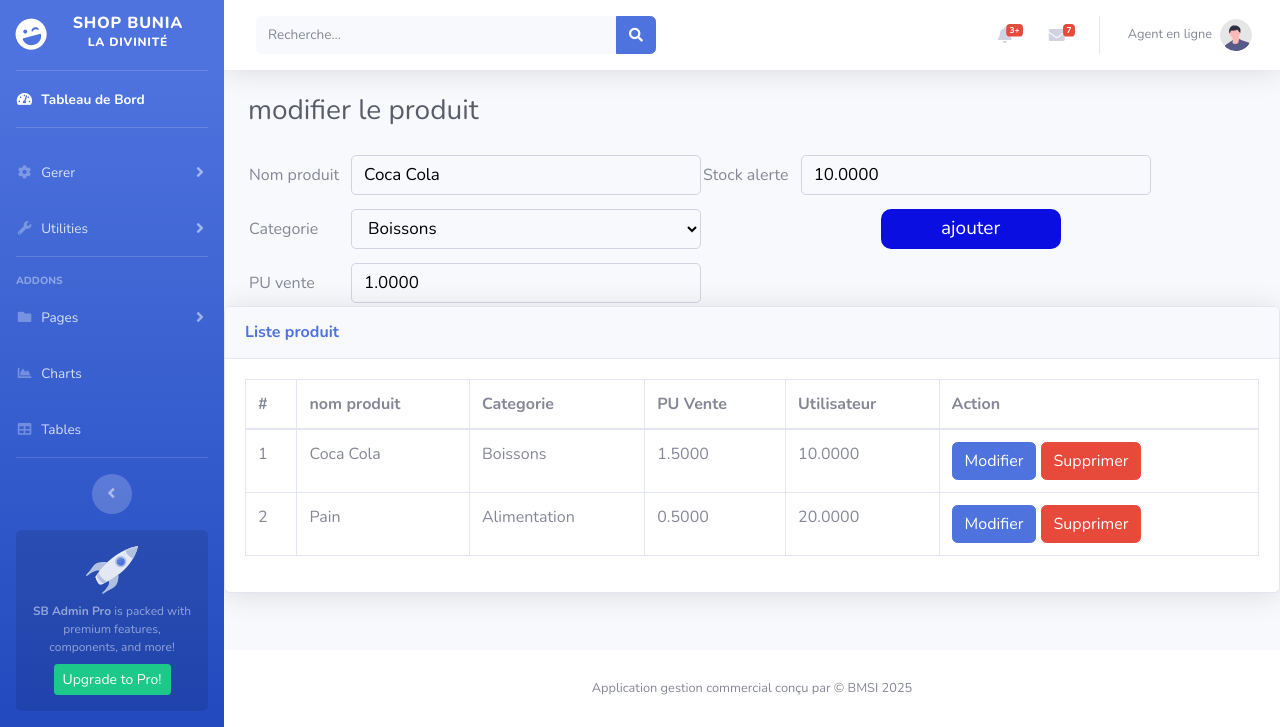
Repository: gradi243/gestion_boutique
Page: http://localhost/produit.php?modifier=1
These files come from the project's save history. The page is drawn as it stood at one moment and after a run of saves; the edit follows.
The browser window is 1280 px wide. The pictures show the whole page.
The page is run by PHP 8.4 with error messages shown; the project is at /var/www/html/. The database holds what the project's SQL file puts in it.

Above is the page before, as saved 2025-10-24 13:50:16.
Console error: TypeError: Cannot read properties of null (reading 'length')

After the next 4 saves:
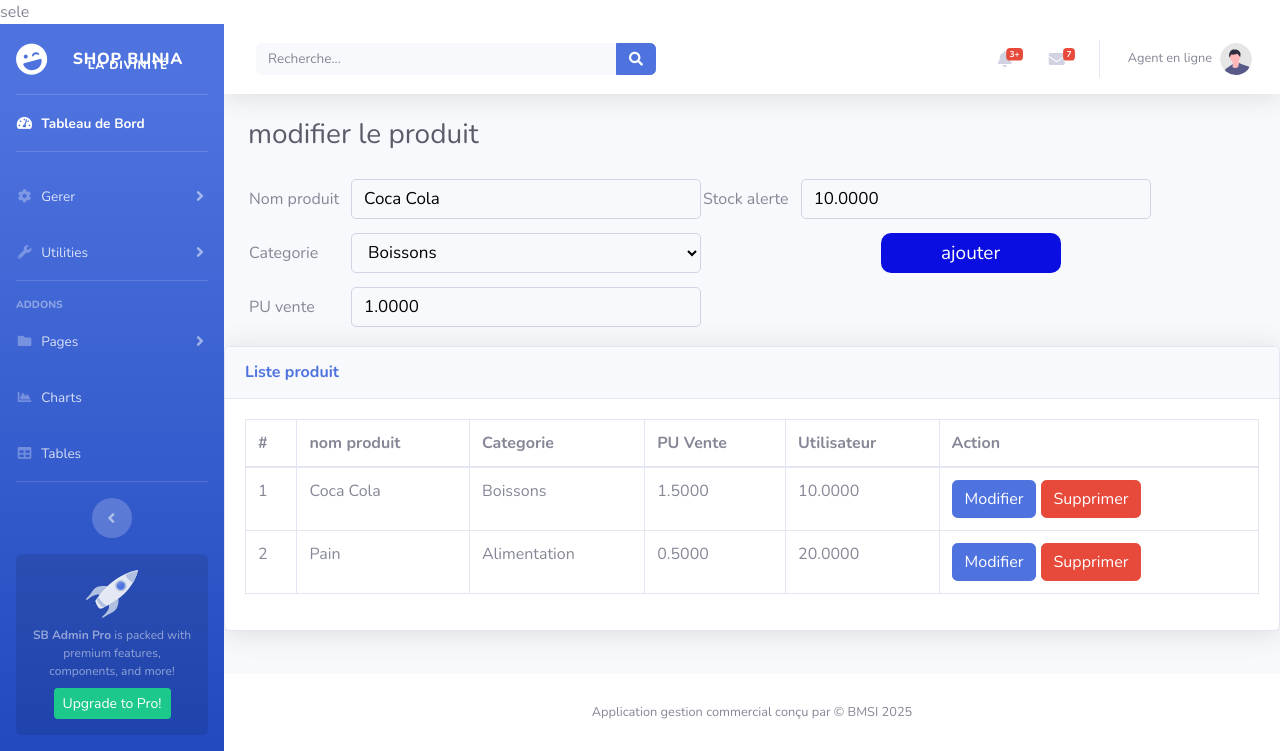
The 4 saves are shown as one change because they came seconds apart.
The last was saved 37 s later.
--- a/produit.php
+++ b/produit.php
@@ -1,3 +1,5 @@
+sele
+
 <!DOCTYPE html>
 <html lang="en">
     <?php

After the 2 saves that followed:
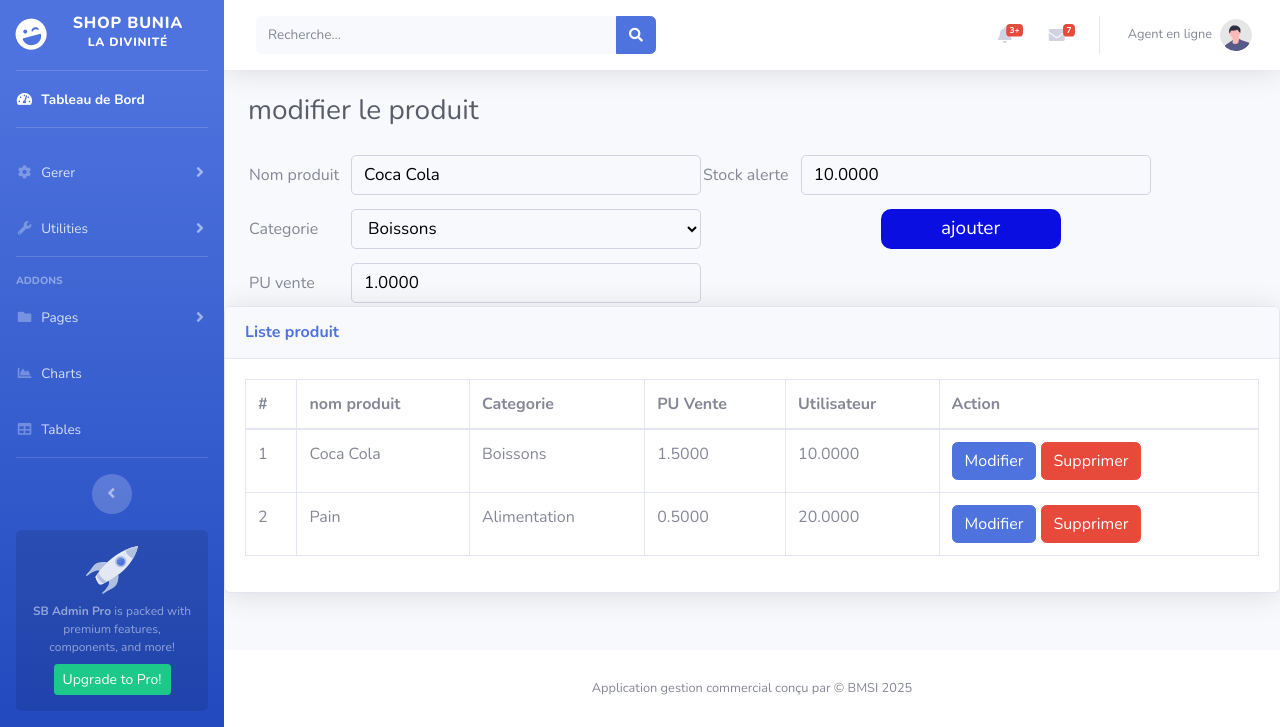
The 2 saves are shown as one change because they came seconds apart.
The last was saved 7 s later.
--- a/produit.php
+++ b/produit.php
@@ -1,4 +1,4 @@
-sele
+
 
 <!DOCTYPE html>
 <html lang="en">
